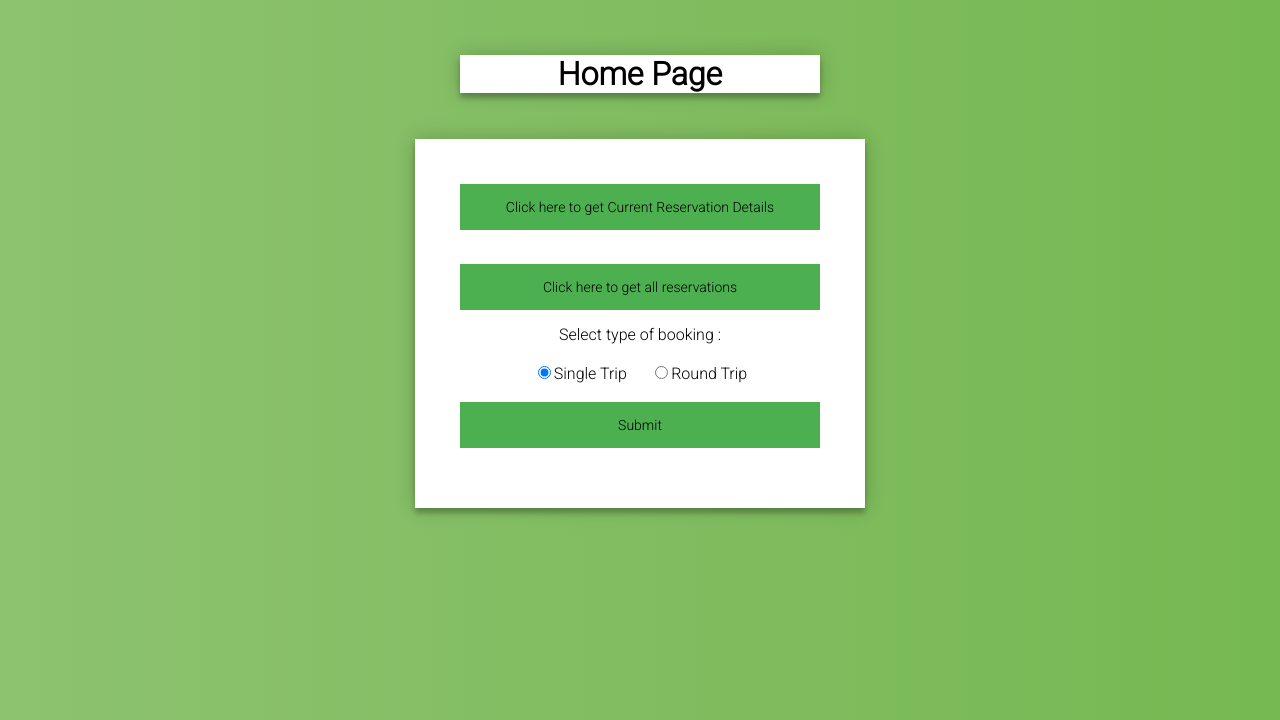
Repository: anirudhbandi96/AirlineSystem
Page: http://localhost/ARMS/customerHome.jsp
These files come from the project's save history. The page is drawn as it stood at one moment and after the next save; the edit follows.
The browser window is 1280 px wide. The pictures show the whole page.
Some web libraries are served in a nearby version. The page is served by Tomcat 9. Other server files are loaded and not shown.

Above is the page before, as saved 2018-04-01 20:25:22.

### ARMS/WebContent/customerHome.jsp

<%@page import="java.time.LocalDateTime"%>
<%@ page language="java" contentType="text/html; charset=ISO-8859-1"
    pageEncoding="ISO-8859-1"%>
 <%@ page import = "java.time.LocalDate" %>
<!DOCTYPE html PUBLIC "-//W3C//DTD HTML 4.01 Transitional//EN" "http://www.w3.org/TR/html4/loose.dtd">
<html>
<head>
<meta http-equiv="Content-Type" content="text/html; charset=ISO-8859-1">
<title>Customer Home</title>
<link rel="stylesheet" href="css/style.css">
<script src='http://cdnjs.cloudflare.com/ajax/libs/jquery/2.1.3/jquery.min.js'></script>
</head>
<body>
<div class="login-page2">
  <div class="form2">
  <h1>Home Page</h1>
  </div>
  </div>
 <div class="login-page">
  <div class="form">
<form name = "custReservations" action = "CustomerServlet" method = "post" class="login-form-cust">

<input type = "submit" value = "Click here to get Current Reservation Details" style="background-color: #4CAF50">
<input type = "hidden" value = "CurrentReservationDetails">
</form>
<br>
<form name = "custReservations" action = "CustomerServlet" method = "post" class="login-form-cust">

<input type = "submit" value = "Click here to get all reservations" style="background-color: #4CAF50">
<input type = "hidden" value = "Choose Reservations">
</form>


<form name = "custChoice" action = "CustomerServlet" method = "post" class="login-form-cust">

Select type of booking : <br><br><input type = "radio" name = "trip" id = "single" value = "single" checked/>Single Trip &nbsp;&nbsp;&nbsp;&nbsp;
<input type = "radio" name = "trip" id = "round" value = "round" />Round Trip <br>
<!-- <input type = "radio" name = "trip" id = "multi" value = "multi"/>Multi-City Trip -->

<br>
<input type = "hidden" value = "tripChoice" name = "action">
<input type ="submit" value = "Submit" style="background-color: #4CAF50">

</form>
</div>
</div>

<%
String trip;
trip = (String)session.getAttribute("trips");
//out.println(trip);
if("single".equals(trip))
{ %>
  <form name = "custChoiceSingle" action = "CustomerServlet" method = "post">
  <table>
  <tr><td>From :</td><td> <input type = "text" name = "from" required/></td></tr>
  <tr><td>To : </td> <td><input type = "password" name = "to" required/></td></tr>
  <tr><td>Depart On : </td> <td><input type = "date" name = "date" id= "date" required/></td></tr>
  <tr><td>No of Passengers : </td> <td><input type = "number" name = "numberOfPassengers" required/></td></tr>


  <tr><td><input type = "hidden" value = "singleChoices" name = "action"></td></tr>
  <tr><td><input type ="submit" value = "Submit"></td></tr>
  </table>
  </form>
<% }
else if("round".equals(trip)){
%>
<form name = "custChoiceSingle" action = "CustomerServlet" method = "post">
  <table>
  <tr><td>From :</td><td> <input type = "text" name = "from" required/></td></tr>
  <tr><td>To : </td> <td><input type = "password" name = "to" required/></td></tr>
  <tr><td>Depart On : </td> <td><input type = "date" name = "date" id= "date" min="<%LocalDate.now();%>" required"/></td></tr>
  <tr><td>Return On : </td> <td><input type = "date" name = "date2" id= "date2" min="<%LocalDate.now();%>" required/></td></tr>
  <tr><td>No of Passengers : </td> <td><input type = "number" name = "numberOfPassengers" required/></td></tr>


  <tr><td><input type = "hidden" value = "roundChoices" name = "action"></td></tr>
  <tr><td><input type ="submit" value = "Submit"></td></tr>
  </table>
  </form>
<% }%>


</body>
</html>

### ARMS/WebContent/css/style.css
@import url(https://fonts.googleapis.com/css?family=Roboto:300);

.login-page {
  width: auto;
  padding: 2% 0 0;
  margin: auto;
}
.login-page2 {
  width: auto;
  padding: 2% 0 0;
  margin: auto;
}
.form2 {
  position: relative;
  background: #FFFFFF;
  max-width: 360px;
  margin: auto auto auto;
  text-align: center;
  box-shadow: 0 0 20px 0 rgba(0, 0, 0, 0.2), 0 5px 5px 0 rgba(0, 0, 0, 0.24);
}
.form {
  position: relative;
  z-index: 1;
  background: #FFFFFF;
  max-width: 360px;
  margin: 0 auto 100px;
  padding: 45px;
  text-align: center;
  box-shadow: 0 0 20px 0 rgba(0, 0, 0, 0.2), 0 5px 5px 0 rgba(0, 0, 0, 0.24);
}
.form input[type~=text],[type~=password],[type~=submit],[type~=hidden],[type~=email] {
  font-family: "Roboto", sans-serif;
  outline: 0;
  background: #f2f2f2;
  width: 100%;
  border: 0;
  margin: 0 0 15px;
  padding: 15px;
  box-sizing: border-box;
  font-size: 14px;
}
.form button {
  font-family: "Roboto", sans-serif;
  text-transform: uppercase;
  outline: 0;
  background: #4CAF50;
  width: 100%;
  border: 0;
  padding: 15px;
  color: #FFFFFF;
  font-size: 14px;
  -webkit-transition: all 0.3 ease;
  transition: all 0.3 ease;
  cursor: pointer;
}
.form button:hover,.form button:active,.form button:focus {
  background: #43A047;
}
.form .message {
  margin: 15px 0 0;
  color: #b3b3b3;
  font-size: 12px;
}
.form .message a {
  color: #4CAF50;
  text-decoration: none;
}
.form .register-form {
  display: none;
}
.container {
  position: relative;
  z-index: 1;
  max-width: 300px;
  margin: 0 auto;
}
.container:before, .container:after {
  content: "";
  display: block;
  clear: both;
}
.container .info {
  margin: 50px auto;
  text-align: center;
}
.container .info h1 {
  margin: 0 0 15px;
  padding: 0;
  font-size: 36px;
  font-weight: 300;
  color: #1a1a1a;
}
.container .info span {
  color: #4d4d4d;
  font-size: 12px;
}
.container .info span a {
  color: #000000;
  text-decoration: none;
}
.container .info span .fa {
  color: #EF3B3A;
}
body {
  background: #76b852; /* fallback for old browsers */
  background: -webkit-linear-gradient(right, #76b852, #8DC26F);
  background: -moz-linear-gradient(right, #76b852, #8DC26F);
  background: -o-linear-gradient(right, #76b852, #8DC26F);
  background: linear-gradient(to left, #76b852, #8DC26F);
  font-family: "Roboto", sans-serif;
  -webkit-font-smoothing: antialiased;
  -moz-osx-font-smoothing: grayscale;
}

After the next save:
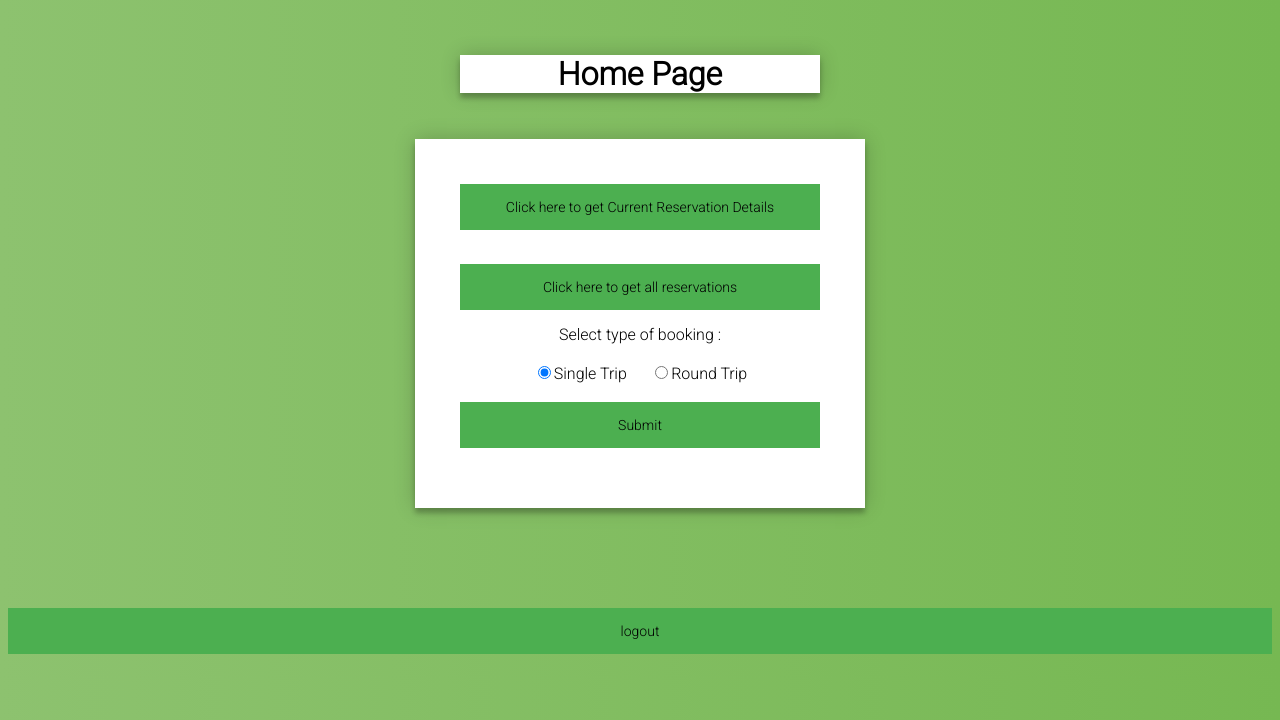
Saved 7 min 50 s later.
--- a/ARMS/WebContent/customerHome.jsp
+++ b/ARMS/WebContent/customerHome.jsp
@@ -82,6 +82,12 @@ else if("round".equals(trip)){
   </form>
 <% }%>
 
+<form name = "logout" action = "LoginServlet" method = "post" class="login-form-cust">
+
+<input type = "submit" value = "logout" style="background-color: #4CAF50">
+<input type = "hidden" value = "logout">
+</form>
+
 
 </body>
 </html>
